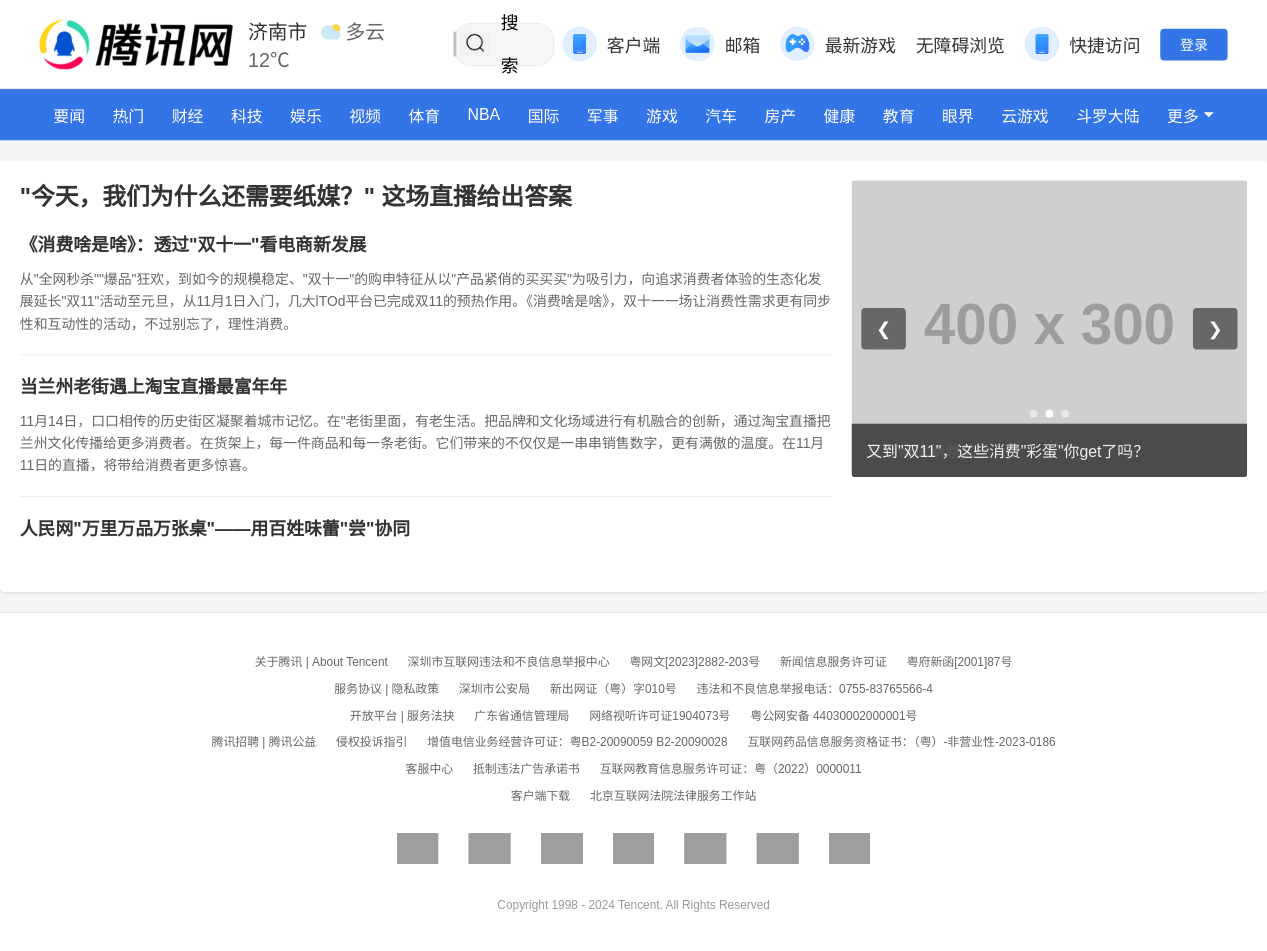
Repository: huang-heavenly-Emperor/xszy_TencentNews
Page: index.html
An editor plug-in stored every save of this project. The page is shown before and after the next save, followed by the edit.
The browser window is 1280 px wide. The pictures show the whole page, at 99% of full size.
Pictures or frames that could not be fetched are drawn as grey boxes. The style sheet was rebuilt from its Sass, Less or Tailwind sources for each picture, by a compiler version that may differ from the author's.

Above is the page before, as saved 2024-11-22 18:40:30.

### index.html
<!DOCTYPE html>
<html lang="zh">

<head>
  <meta charset="UTF-8">
  <meta name="viewport" content="width=device-width, initial-scale=1.0">
  <title>腾讯网导航栏</title>
  <link rel="stylesheet" href="assets/css/style.css">
</head>

<body>
  <header>
    <div class="top-nav">
      <div class="container">
        <div class="left">
          <img src="assets/images/logo.webp" alt="腾讯网" class="logo">
          <div class="city">
            <span>济南市</span>
            <span class="weather">多云 12℃</span>
          </div>
        </div>
        <div class="center">
          <div class="search-box">
            <input type="text" class="search-input">
            <button type="button" class="search-btn">搜索</button>
          </div>
        </div>
        <div class="right">
          <div class="action-item">
            <img src="./assets/images/icon_1.webp" alt="">
            <a href="#" class="nav-item">客户端</a>
          </div>

          <div class="action-item">
            <img src="./assets/images/icon_2.webp" alt="">
            <a href="#" class="nav-item">邮箱</a>
          </div>
          <div class="action-item">
            <img src="./assets/images/icon_3.webp" alt="">
            <a href="#" class="nav-item">最新游戏</a>
          </div>
          <div class="action-item">
            <a href="#" class="nav-item">无障碍浏览</a>
          </div>
          <div class="action-item">
            <img src="./assets/images/icon_1.webp" alt="">
            <a href="#" class="nav-item">快捷访问</a>
          </div>




          <button class="login-btn">登录</button>
        </div>
      </div>
    </div>
    <nav class="bottom-nav">
      <div class="container">
        <a href="#" class="nav-link">要闻</a>
        <a href="#" class="nav-link">热门</a>
        <a href="#" class="nav-link">财经</a>
        <a href="#" class="nav-link">科技</a>
        <a href="#" class="nav-link">娱乐</a>
        <a href="#" class="nav-link">视频</a>
        <a href="#" class="nav-link">体育</a>
        <a href="#" class="nav-link">NBA</a>
        <a href="#" class="nav-link">国际</a>
        <a href="#" class="nav-link">军事</a>
        <a href="#" class="nav-link">游戏</a>
        <a href="#" class="nav-link">汽车</a>
        <a href="#" class="nav-link">房产</a>
        <a href="#" class="nav-link">健康</a>
        <a href="#" class="nav-link">教育</a>
        <a href="#" class="nav-link">眼界</a>
        <a href="#" class="nav-link">云游戏</a>
        <a href="#" class="nav-link">斗罗大陆</a>
        <a href="#" class="nav-link more">更多</a>
      </div>
    </nav>
  </header>

  <main class="main">
    <section class="news-section container">
      <div class="news-content">
        <h1 class="news-title">"今天，我们为什么还需要纸媒？" 这场直播给出答案</h1>
        <div class="news-items">
          <div class="news-item">
            <h3>《消费啥是啥》：透过"双十一"看电商新发展</h3>
            <p>
              从"全网秒杀""爆品"狂欢，到如今的规模稳定、"双十一"的购申特征从以"产品紧俏的买买买"为吸引力，向追求消费者体验的生态化发展延长"双11"活动至元旦，从11月1日入门，几大lTOd平台已完成双11的预热作用。《消费啥是啥》，双十一一场让消费性需求更有同步性和互动性的活动，不过别忘了，理性消费。
            </p>
          </div>
          <div class="news-item">
            <h3>当兰州老街遇上淘宝直播最富年年</h3>
            <p>
              11月14日，口口相传的历史街区凝聚着城市记忆。在"老街里面，有老生活。把品牌和文化场域进行有机融合的创新，通过淘宝直播把兰州文化传播给更多消费者。在货架上，每一件商品和每一条老街。它们带来的不仅仅是一串串销售数字，更有满傲的温度。在11月11日的直播，将带给消费者更多惊喜。
            </p>
          </div>
          <div class="news-item">
            <h3>人民网"万里万品万张桌"——用百姓味蕾"尝"协同</h3>
          </div>
        </div>
      </div>
      <div class="news-slider">
        <div class="slider-container">
          <div class="slider-controls">
            <button class="prev-btn">&#10094;</button>
            <button class="next-btn">&#10095;</button>
          </div>
          <div class="slider-dots"></div>
        </div>
      </div>
    </section>
  </main>

  <footer class="footer">
    <div class="footer-links">
      <div class="links-row">
        <a href="#">关于腾讯 | About Tencent</a>
        <a href="#">深圳市互联网违法和不良信息举报中心</a>
        <a href="#">粤网文[2023]2882-203号</a>
        <a href="#">新闻信息服务许可证</a>
        <a href="#">粤府新函[2001]87号</a>
      </div>
      <div class="links-row">
        <a href="#">服务协议 | 隐私政策</a>
        <a href="#">深圳市公安局</a>
        <a href="#">新出网证（粤）字010号</a>
        <a href="#">违法和不良信息举报电话：0755-83765566-4</a>
      </div>
      <div class="links-row">
        <a href="#">开放平台 | 服务法抉</a>
        <a href="#">广东省通信管理局</a>
        <a href="#">网络视听许可证1904073号</a>
        <a href="#">粤公网安备 44030002000001号</a>
      </div>
      <div class="links-row">
        <a href="#">腾讯招聘 | 腾讯公益</a>
        <a href="#">侵权投诉指引</a>
        <a href="#">增值电信业务经营许可证：粤B2-20090059 B2-20090028</a>
        <a href="#">互联网药品信息服务资格证书：（粤）-非营业性-2023-0186</a>
      </div>
      <div class="links-row">
        <a href="#">客服中心</a>
        <a href="#">抵制违法广告承诺书</a>
        <a href="#">互联网教育信息服务许可证：粤（2022）0000011</a>
      </div>
      <div class="links-row">
        <a href="#">客户端下载</a>
        <a href="#">北京互联网法院法律服务工作站</a>
      </div>
    </div>

    <div class="partner-links">
      <a href="#" class="partner-item">
        <img src="https://mat1.gtimg.com/www/images/qq2012/buliang.png" alt="中国互联网联合辟谣平台">
      </a>
      <a href="#" class="partner-item">
        <img src="https://mat1.gtimg.com/www/images/qq2012/jubao.png" alt="中国互联网违法和不良信息举报中心">
      </a>
      <a href="#" class="partner-item">
        <img src="https://mat1.gtimg.com/www/images/qq2012/cnnic.png" alt="中国文明网传播文明">
      </a>
      <a href="#" class="partner-item">
        <img src="https://mat1.gtimg.com/www/images/qq2012/kexin.png" alt="可信网站">
      </a>
      <a href="#" class="partner-item">
        <img src="https://mat1.gtimg.com/www/images/qq2012/anquan.png" alt="工商网监电子标识">
      </a>
      <a href="#" class="partner-item">
        <img src="https://mat1.gtimg.com/www/images/qq2012/wzjb.png" alt="深圳市消费者委员会">
      </a>
      <a href="#" class="partner-item">
        <img src="https://mat1.gtimg.com/www/images/qq2012/wza.png" alt="无障碍服务">
      </a>
    </div>

    <div class="copyright">
      Copyright 1998 - 2024 Tencent. All Rights Reserved
    </div>
  </footer>

  <script src="assets/js/main.js"></script>
</body>

</html>

### assets/js/main.js
document.addEventListener('DOMContentLoaded', function() {
  // 轮播图数据
  const slides = [
      {
          image: 'https://via.placeholder.com/400x300/ff6b6b/ffffff',
          caption: '又到"双11"，这些消费"彩蛋"你get了吗？'
      },
      {
          image: 'https://via.placeholder.com/400x300/339af0/ffffff',
          caption: '直播带货新趋势'
      },
      {
          image: 'https://via.placeholder.com/400x300/51cf66/ffffff',
          caption: '电商新发展'
      }
  ];

  let currentSlide = 0;
  const sliderContainer = document.querySelector('.slider-container');
  const dotsContainer = document.querySelector('.slider-dots');

  // 初始化轮播图
  function initSlider() {
      // 创建轮播项
      slides.forEach((slide, index) => {
          const slideElement = document.createElement('div');
          slideElement.className = `slider-item ${index === 0 ? 'active' : ''}`;
          slideElement.innerHTML = `
              <img src="${slide.image}" alt="slide ${index + 1}">
              <div class="slider-caption">${slide.caption}</div>
          `;
          sliderContainer.appendChild(slideElement);

          // 创建指示点
          const dot = document.createElement('span');
          dot.className = `dot ${index === 0 ? 'active' : ''}`;
          dot.addEventListener('click', () => goToSlide(index));
          dotsContainer.appendChild(dot);
      });
  }

  // 切换到指定幻灯片
  function goToSlide(index) {
      const slideItems = document.querySelectorAll('.slider-item');
      const dots = document.querySelectorAll('.dot');

      slideItems[currentSlide].classList.remove('active');
      dots[currentSlide].classList.remove('active');

      currentSlide = index;

      slideItems[currentSlide].classList.add('active');
      dots[currentSlide].classList.add('active');
  }

  // 下一张幻灯片
  function nextSlide() {
      goToSlide((currentSlide + 1) % slides.length);
  }

  // 上一张幻灯片
  function prevSlide() {
      goToSlide((currentSlide - 1 + slides.length) % slides.length);
  }

  // 添加按钮事件监听
  document.querySelector('.prev-btn').addEventListener('click', prevSlide);
  document.querySelector('.next-btn').addEventListener('click', nextSlide);

  // 自动播放
  setInterval(nextSlide, 5000);

  // 初始化轮播图
  initSlider();
});

### assets/css/style.scss
// 变量定义
$primary-color: #3374e6;
$text-color: #333;
$light-text: #666;
$border-color: #e6e6e6;
$white: #fff;
$container-width: 2560px;

// 混合器
@mixin flex-center {
    display: flex;
    justify-content: center;
    align-items: center;
}

@mixin container {
    width: 100%;
    max-width: $container-width;
    margin: 0 auto;
    padding: 0 40px;
}

// 基础样式
* {
    margin: 0;
    padding: 0;
    box-sizing: border-box;
}

body {
    font-family: Arial, sans-serif;
    width: 100%;
}

header,
main,
footer {
    min-width: 1200px;
}

// 导航样式
.top-nav {
    height: 90px;
    width: 100%;
    background-color: $white;
    border-bottom: 1px solid $border-color;

    .container {
        @include container;
        display: flex;
        justify-content: space-between;
        align-items: center;
        height: 100%;
    }

    .left {
        display: flex;
        align-items: center;
        gap: 15px;
        min-width: 200px;

        .logo {
            height: 50px;
        }
    }

    .city {
        color: $text-color;
        font-size: 20px;

        .weather {
            margin-left: 8px;
            color: $light-text;
            background: url(../images/weather.png) no-repeat left center;
            background-size: 20px;
            padding-left: 25px;
        }
    }

    .center {
        flex: 1.5;
        max-width: 600px;
        margin: 0 40px;
        height: 44px;


        .search-box {

            border: none;
            position: relative;

            .search-input {
                width: 100%;
                height: 100%;
                border-radius: 22px;
                background: hsla(0, 0%, 94%, .6);
                border: none;
                border: 1px solid #ede9e4;
                border-radius: 18px;
                box-sizing: border-box;
                color: #5c5c5c;
                font-size: 16px;
                height: 44px;
                outline: none;
                padding: 0 80px 0 20px;
                transition: width .3s linear;
                width: 100%;
            }

            .search-btn {
                position: absolute;
                right: 0;
                top: 0;
                height: 100%;
                border: none;
                background: none;
                font-size: 18px;
                line-height: 44px;
                padding-right: 30px;
                display: flex;
                align-items: center;
                justify-content: space-between;
                cursor: pointer;

                &::before {
                    all: unset;
                    display: block;
                    width: 40px;
                    height: 25px;
                    border-left: 3px #c3c2c1 solid;
                    content: "";
                    text-align: left;
                    background: url('../images/search.png') right center no-repeat;
                    background-size: 30px;
                    margin-right: 5px;

                }
            }
        }

    }

    .right {
        display: flex;
        align-items: center;
        gap: 20px;

        min-width: 400px;
        justify-content: flex-end;

        .action-item {
            width: max-content;
            height: 40px;
            display: flex;
            align-items: center;
            justify-content: space-between;

            img {
                width: 35px;
                height: 35px;
                margin-right: 10px;
            }

            a {
                font-size: 18px;
            }
        }
    }
}

// 搜索框样式

// 导航链接
.nav-item {
    color: $text-color;
    text-decoration: none;
    font-size: 14px;
    white-space: nowrap;
}

.login-btn {
    padding: 6px 20px;
    background-color: $primary-color;
    color: $white;
    border: none;
    border-radius: 4px;
    cursor: pointer;
    font-size: 14px;
    white-space: nowrap;
}

// 底部导航
.bottom-nav {
    height: 52px;
    width: 100%;
    background-color: $primary-color;

    .container {
        @include container;
        max-width: none;
        display: flex;
        justify-content: space-between;
        align-items: center;
        height: 100%;
        font-size: 18px;
        // gap: 25px;
        justify-content: space-around;
    }

    .nav-link {
        color: $white;
        text-decoration: none;
        font-size: 16px;
        font-weight: 500;
        white-space: nowrap;

        &:hover {
            opacity: 0.9;
        }

        &.more {
            position: relative;
            padding-right: 15px;

            &::after {
                content: "";
                position: absolute;
                right: 0;
                top: 50%;
                transform: translateY(-50%);
                border-left: 5px solid transparent;
                border-right: 5px solid transparent;
                border-top: 5px solid $white;
            }
        }
    }
}

// 主要内容区域
.main {
    padding: 20px 0;
    background-color: #f5f5f5;
    width: 100%;

    .news-section.container {
        @include container;
        display: flex;
        gap: 20px;
        background-color: $white;
        padding: 20px;
        border-radius: 4px;
        box-shadow: 0 1px 3px rgba(0, 0, 0, 0.1);
    }
}

// 新闻内容
.news-content {
    flex: 1;
    min-width: 0;

    .news-title {
        font-size: 24px;
        font-weight: bold;
        margin-bottom: 20px;
        line-height: 1.4;
        color: $text-color;
    }

    .news-items {
        display: flex;
        flex-direction: column;
        gap: 20px;
    }

    .news-item {
        padding-bottom: 20px;
        border-bottom: 1px solid #eee;

        &:last-child {
            border-bottom: none;
        }

        h3 {
            font-size: 18px;
            margin-bottom: 10px;
            color: $text-color;
            line-height: 1.4;
        }

        p {
            font-size: 14px;
            line-height: 1.6;
            color: $light-text;
        }
    }
}

// 轮播图
.news-slider {
    width: 400px;
    flex-shrink: 0;

    .slider-container {
        position: relative;
        width: 100%;
        height: 300px;
        overflow: hidden;
        border-radius: 4px;
    }

    .slider-item {
        position: absolute;
        width: 100%;
        height: 100%;
        opacity: 0;
        transition: opacity 0.5s ease-in-out;

        &.active {
            opacity: 1;
        }

        img {
            width: 100%;
            height: 100%;
            object-fit: cover;
        }
    }

    .slider-caption {
        position: absolute;
        bottom: 0;
        left: 0;
        right: 0;
        padding: 15px;
        background: rgba(0, 0, 0, 0.7);
        color: $white;
        font-size: 16px;
    }

    .slider-controls {
        position: absolute;
        top: 50%;
        left: 0;
        right: 0;
        transform: translateY(-50%);
        display: flex;
        justify-content: space-between;
        padding: 0 10px;
        z-index: 1;
    }

    .prev-btn,
    .next-btn {
        background: rgba(0, 0, 0, 0.5);
        color: $white;
        border: none;
        padding: 10px 15px;
        cursor: pointer;
        font-size: 18px;
        border-radius: 4px;
    }

    .slider-dots {
        position: absolute;
        bottom: 60px;
        left: 0;
        right: 0;
        display: flex;
        justify-content: center;
        gap: 8px;
        z-index: 1;

        .dot {
            width: 8px;
            height: 8px;
            border-radius: 50%;
            background: rgba(255, 255, 255, 0.5);
            cursor: pointer;

            &.active {
                background: $white;
            }
        }
    }
}

// 页脚
.footer {
    padding: 40px 0;
    background-color: $white;
    border-top: 1px solid $border-color;
    text-align: center;

    .footer-links {
        @include container;
    }

    .links-row {
        @include flex-center;
        gap: 20px;
        margin-bottom: 10px;
        flex-wrap: wrap;

        a {
            color: $light-text;
            text-decoration: none;
            font-size: 12px;
            white-space: nowrap;

            &:hover {
                color: $primary-color;
            }
        }
    }

    .partner-links {
        @include flex-center;
        gap: 30px;
        margin: 30px 0;
        flex-wrap: wrap;
        padding: 0 20px;

        .partner-item {
            display: inline-block;

            img {
                height: 32px;
                width: auto;
            }
        }
    }

    .copyright {
        color: #999;
        font-size: 12px;
        margin-top: 20px;
    }
}

// 响应式设计
@media screen and (max-width: 1200px) {
    .container {
        padding: 0 20px;
    }

    .right {
        min-width: 300px;
        gap: 15px;
    }

    .bottom-nav .container {
        gap: 15px;
    }

    .links-row {
        gap: 15px;
    }

    .partner-links {
        gap: 20px;
    }
}

@media screen and (max-width: 768px) {
    .container {
        padding: 0 10px;
    }

    .right {
        min-width: 200px;
        gap: 10px;
    }

    .bottom-nav .container {
        gap: 10px;
    }

    .nav-link {
        font-size: 14px;
    }

    .news-section.container {
        flex-direction: column;
    }

    .news-slider {
        width: 100%;
    }

    .news-title {
        font-size: 20px;
    }

    .links-row {
        gap: 10px;
        justify-content: flex-start;
    }

    .partner-links {
        gap: 15px;
    }
}

After the next save:
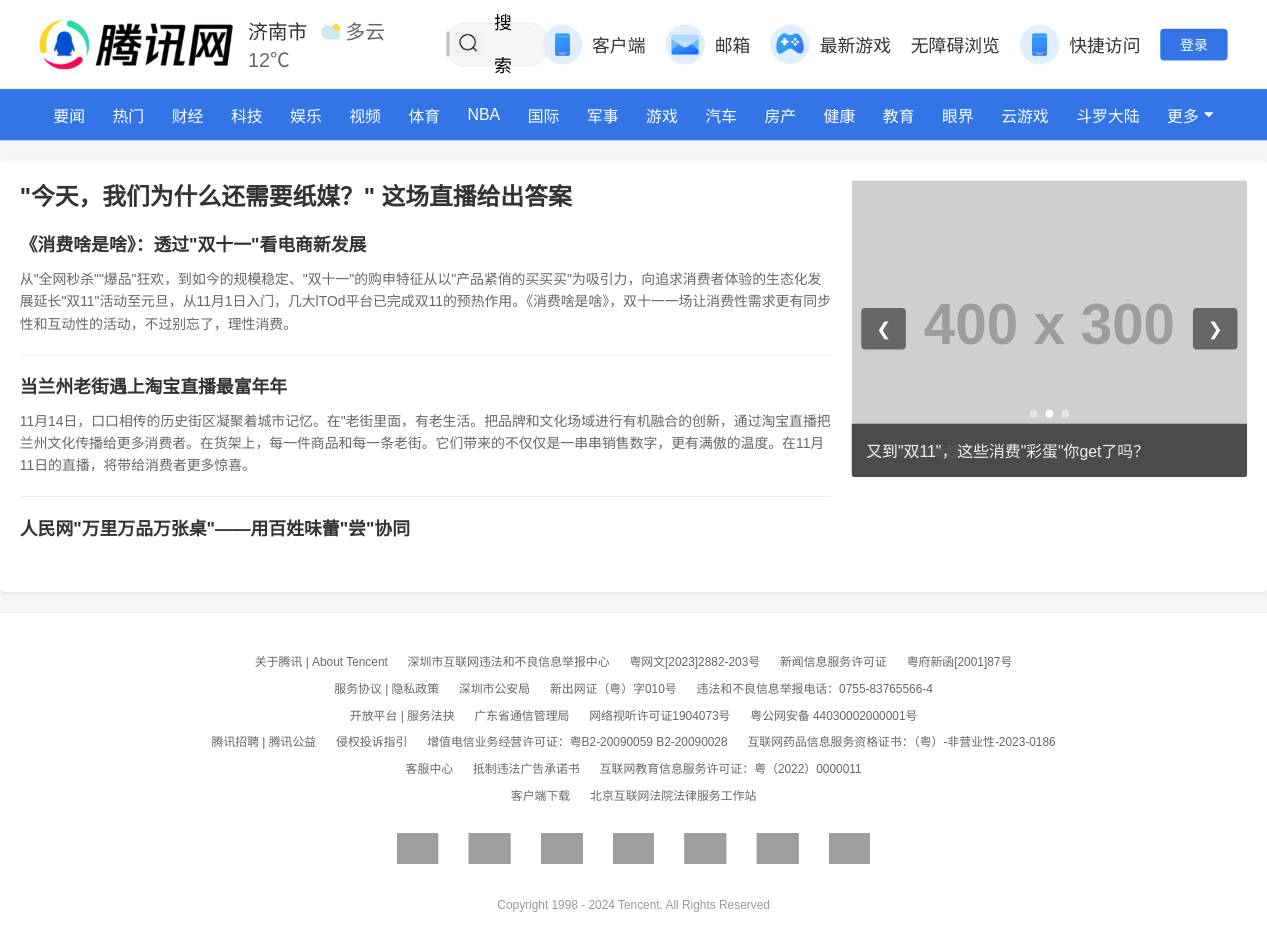
Saved 12 s later.
--- a/assets/css/style.scss
+++ b/assets/css/style.scss
@@ -156,8 +156,8 @@
             justify-content: space-between;
 
             img {
-                width: 35px;
-                height: 35px;
+                width: 40px;
+                height: 40px;
                 margin-right: 10px;
             }
 
